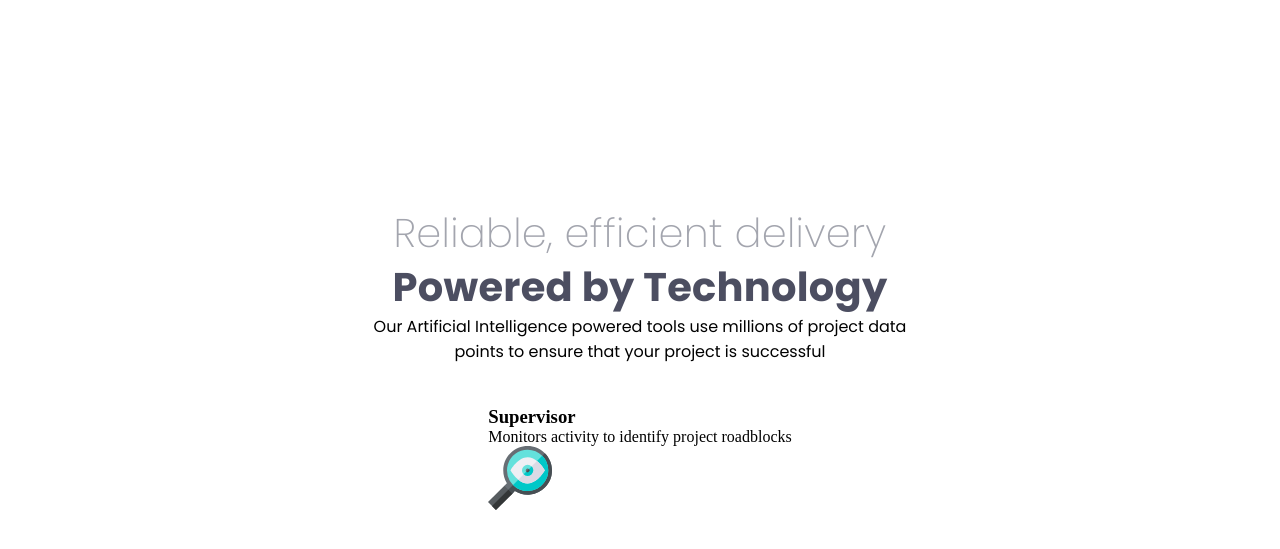
Repository: brandontaylor1/four-card-feature
Page: index.html
These files come from the project's save history. The page is drawn as it stood at one moment and after the next save; the edit follows.
The browser window is 1280 px wide. The pictures show the whole page.

Above is the page before, as saved 2025-01-09 22:40:47.

### index.html
<!DOCTYPE html>
<html lang="en">
<head>
    <meta charset="UTF-8">
    <meta name="viewport" content="width=device-width, initial-scale=1.0">
    <link rel="preconnect" href="https://fonts.googleapis.com">
    <link rel="preconnect" href="https://fonts.gstatic.com" crossorigin>
    <link href="https://fonts.googleapis.com/css2?family=Poppins:ital,wght@0,100;0,200;0,300;0,400;0,500;0,600;0,700;0,800;0,900;1,100;1,200;1,300;1,400;1,500;1,600;1,700;1,800;1,900&display=swap" rel="stylesheet">
    <link rel="stylesheet" href="styles.css">
    <title>Four Card Feature</title>
</head>
<body>
    <main class="container">
        <section class="page-content">
            <h1>Reliable, efficient delivery</h1>
            <h2>Powered by Technology</h2>
            <p>Our Artificial Intelligence powered tools use millions of project data points to ensure that your project is successful</p>
        </section>
        <section class="column-container">
            <div class="card-column">
                <div class="card">
                    <h3>Supervisor</h3>
                    <p>Monitors activity to identify project roadblocks</p>
                    <img src="./assets/images/icon-supervisor.svg" alt="Supervisor Icon">
                </div>
            </div>
        </section>
    </main>

</body>
</html>

### styles.css
* {
    margin: 0;
    padding: 0;
    box-sizing: border-box;
}

:root {
    --primary-red: hsl(0, 78%, 62%);
    --primary-cyan: hsl(180, 62%, 55%);
    --primary-orange: hsl(34, 97%, 64%);
    --primary-blue: hsl(212, 86%, 64%);

    --secondary-dark-blue: hsl(234, 12%, 34%);
    --secondary-grayish-blue: hsl(229, 6%, 66%);
    --secondary-light-gray: hsl(0, 0%, 98%);
}

.container {
    height: 100vh;
    display: flex;
    align-items: center;
    justify-content: center;
    flex-direction: column;
}

.page-content {
    display: flex;
    flex-direction: column;
    align-items: center;
    justify-content: space-between;
    height: 150px;
    width: 540px;
    margin-bottom: 50px;
}

.page-content h1 {
    font-size: 2.5rem;
    font-family: "Poppins", sans-serif;
    font-weight: 200;
    line-height: 54px;
    letter-spacing: .25px;
    color: var(--secondary-grayish-blue);
}

.page-content h2 {
    font-size: 2.5rem;
    font-family: "Poppins", sans-serif;
    font-weight: 700;
    line-height: 54px;
    letter-spacing: .25px;
    color: var(--secondary-dark-blue);
}

.page-content p {
    font-size: 1rem;
    font-family: "Poppins", sans-serif;
    font-weight: 400;
    line-height: 25px;
    text-align: center;

}

After the next save:
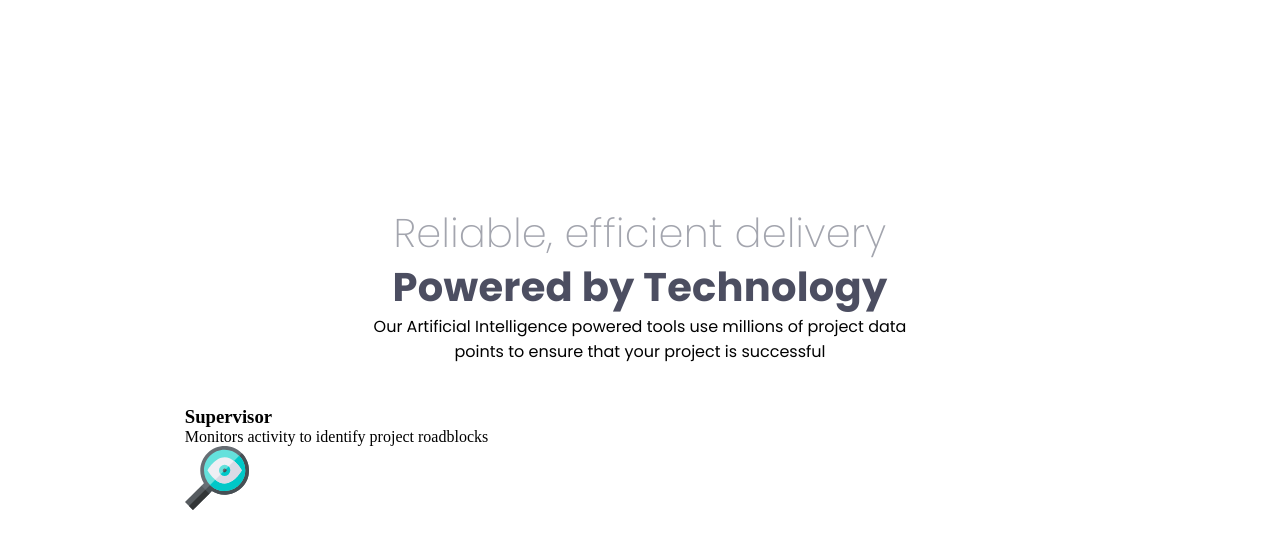
Saved 78 s later.
--- a/styles.css
+++ b/styles.css
@@ -59,3 +59,8 @@
     text-align: center;
 
 }
+
+.column-container {
+    display: grid;
+    grid-template-columns: repeat(3, 1fr);
+}
